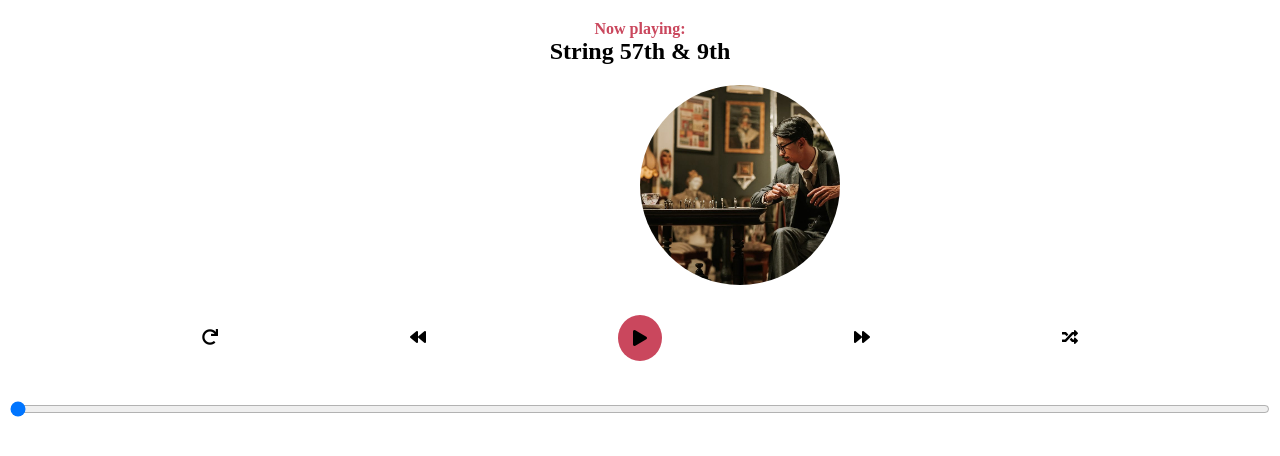
Repository: dovanthao2404/AppMusicPlayer
Page: index.html
The author's editor kept a copy of each file at every save. The page is drawn from the files as they stood at one save, then again after the next save.
The browser window is 1280 px wide. The pictures show the whole page.

Above is the page before, as saved 2021-06-28 02:17:54.

After the next save:
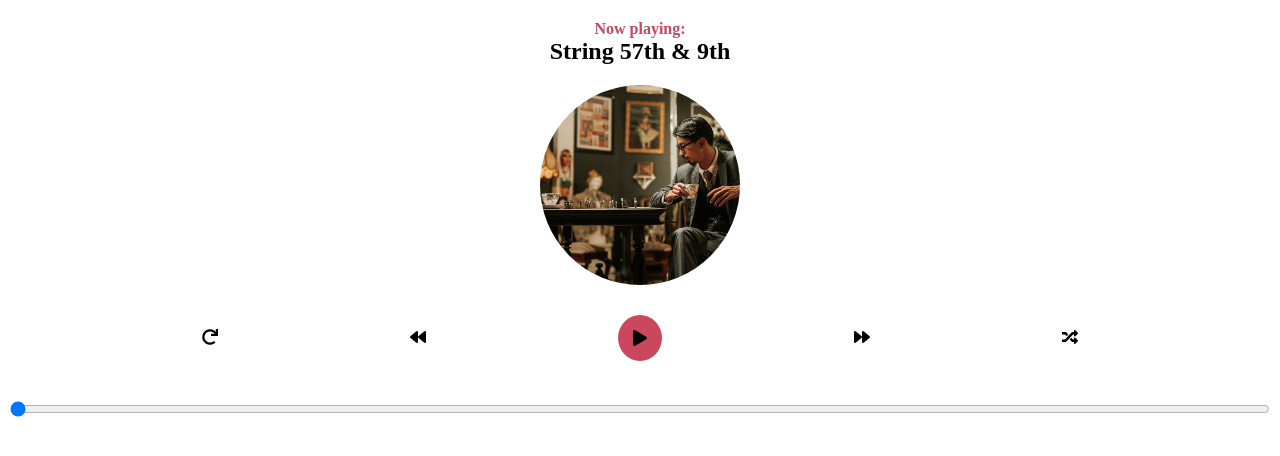
Saved 40 s later.
--- a/css/app.css
+++ b/css/app.css
@@ -24,6 +24,7 @@ header h4 {
   position: absolute;
   top: 50%;
   left: 50%;
+  transform: translate(-50%);
 }
 .thumb img {
   border-radius: 50%;
